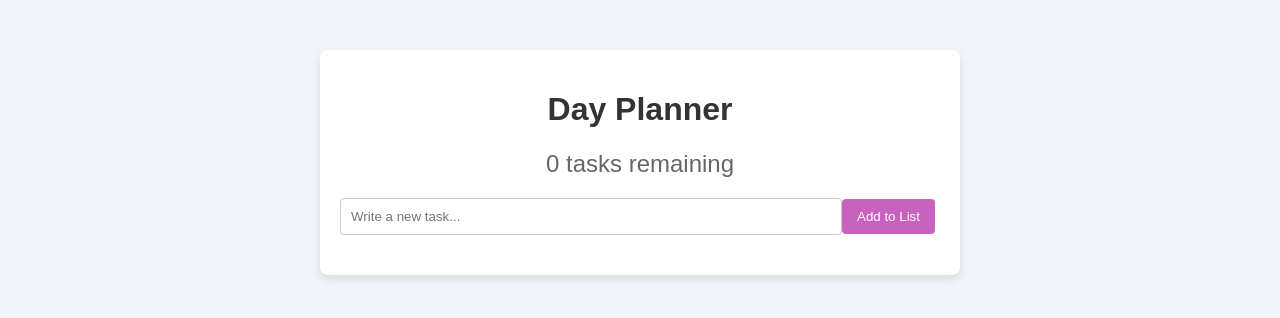
Repository: madelinestruthers/shema-lab04
Page: /
An editor plug-in stored every save of this project. The page is shown before and after the next save, followed by the edit.
The browser window is 1280 px wide. The pictures show the whole page.
The pointer rests on the first visible `button`.
The project was rebuilt for these pictures with package versions that can differ from the ones it lists, and the page was loaded fresh each time. Also part of the build but not shown: src/components/Task.jsx.

Above is the page before, as saved 2024-10-20 20:06:13.

### src/index.css
/* src/index.css */
body {
  font-family: Arial, sans-serif;
  background-color: #f0f4f8;
  margin: 0;
  padding: 0;
}

.app-container {
  width: 80%;
  max-width: 600px;
  margin: 50px auto;
  background-color: #fff;
  padding: 20px;
  border-radius: 8px;
  box-shadow: 0 4px 8px rgba(0, 0, 0, 0.1);
}

h1 {
  text-align: center;
  color: #333;
}

h2 {
  text-align: center;
  color: #666;
  font-weight: normal;
}

.task-list {
  margin-top: 20px;
}

.task-item {
  display: flex;
  justify-content: space-between;
  align-items: center;
  background-color: #f9f9f9;
  padding: 10px;
  border-radius: 4px;
  margin-bottom: 10px;
  border: 1px solid #e0e0e0;
}

.task-item.completed {
  text-decoration: line-through;
}

.task-item button {
  background-color: #f600d9;
  color: white;
  border: none;
  padding: 5px 10px;
  border-radius: 4px;
  cursor: pointer;
}

.task-item button:hover {
  background-color: #eb73e3;
}

input[type="text"] {
  width: 80%;
  padding: 10px;
  border: 1px solid #ccc;
  border-radius: 4px;
}

button {
  background-color: #f600d9;
  color: white;
  border: none;
  padding: 10px 15px;
  border-radius: 4px;
  cursor: pointer;
}

button:hover {
  background-color: #c961be;
}

### src/App.jsx
// src/App.jsx
import React, { useState } from 'react';
import Task from './components/Task.jsx';
import TaskForm from './components/TaskForm.jsx';

function App() {
  const [tasks, setTasks] = useState([]);

  const addTask = (taskText) => {
    const newTask = {
      id: Date.now(),
      text: taskText,
      completed: false,
    };
    setTasks([...tasks, newTask]);
  };

  const toggleComplete = (taskId) => {
    setTasks(tasks.map((task) =>
      task.id === taskId ? { ...task, completed: !task.completed } : task
    ));
  };

  const deleteTask = (taskId) => {
    setTasks(tasks.filter((task) => task.id !== taskId));
  };

  const remainingTasks = tasks.filter((task) => !task.completed).length;

  return (
    <div className="app-container">
      <h1>Day Planner</h1>
      <h2>{remainingTasks} tasks remaining</h2>

      <TaskForm addTask={addTask} />

      <div className="task-list">
        {tasks.map((task) => (
          <Task
            key={task.id}
            task={task}
            toggleComplete={toggleComplete}
            deleteTask={deleteTask}
          />
        ))}
      </div>
    </div>
  );
}

export default App;

### src/components/TaskForm.jsx
// src/components/TaskForm.js
import React, { useState } from 'react';

const TaskForm = ({ addTask }) => {
  const [taskText, setTaskText] = useState('');

  const handleSubmit = (e) => {
    e.preventDefault();
    if (!taskText.trim()) return;
    addTask(taskText);
    setTaskText(''); // Clear input after submitting
  };

  return (
    <form onSubmit={handleSubmit}>
      <input
        type="text"
        value={taskText}
        onChange={(e) => setTaskText(e.target.value)}
        placeholder="Write a new task..."
      />
      <button type="submit">Add to List</button>
    </form>
  );
};

export default TaskForm;

Loaded but not shown: public/index.html (common file); src/index.js (common file); public/manifest.json (common file)

After the next save:
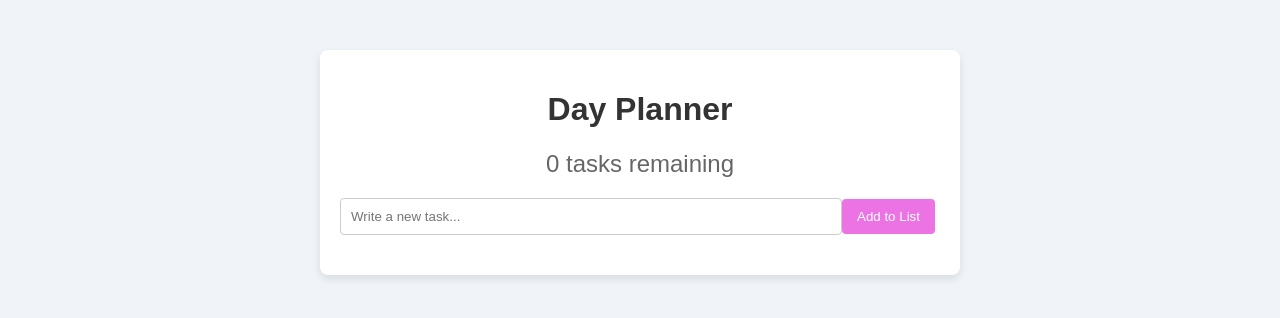
Saved 9 s later.
--- a/src/index.css
+++ b/src/index.css
@@ -76,5 +76,5 @@ button {
 }
 
 button:hover {
-  background-color: #c961be;
+  background-color: #eb73e3;
 }
